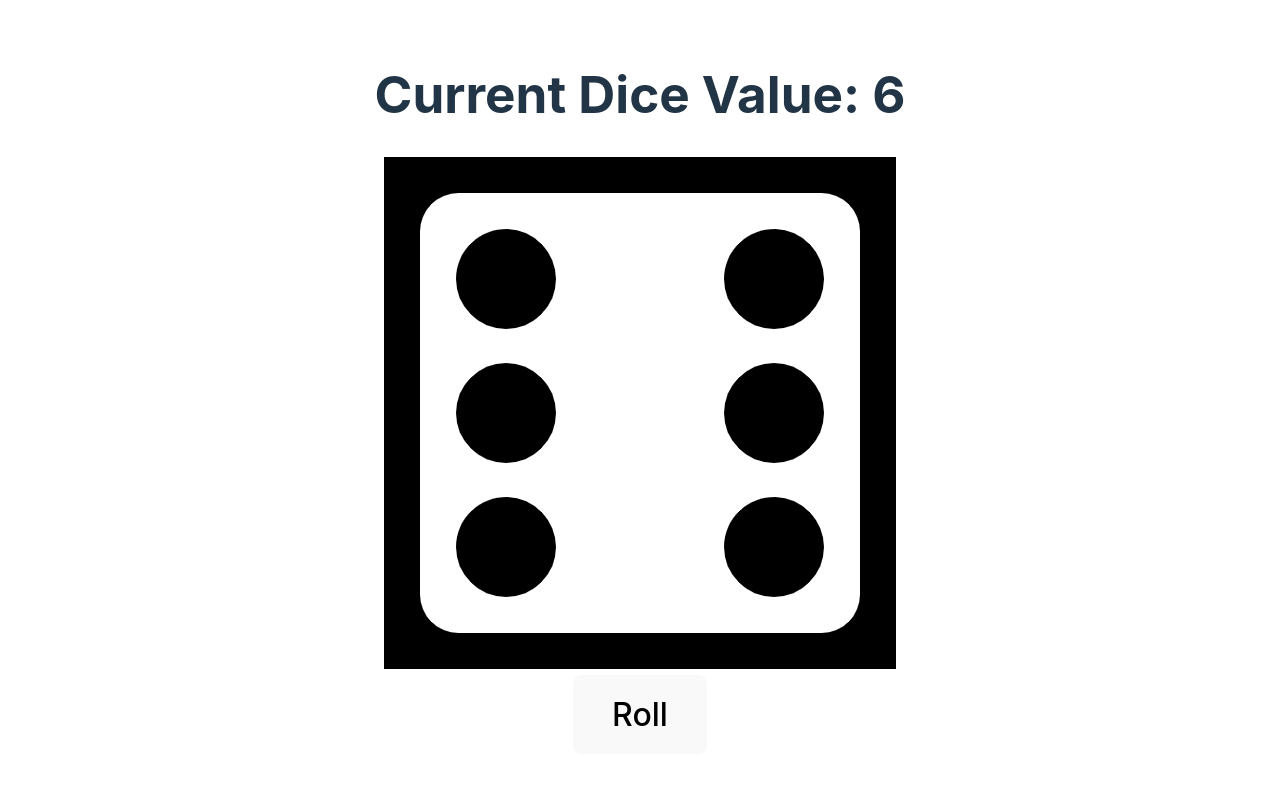
Repository: James-Z-Zhang00/dice-roller
Page: /
The author's editor kept a copy of each file at every save. The page is drawn from the files as they stood at one save, then again after the next save.
The browser window is 1280 px wide. The pictures show the whole page.
The project was rebuilt for these pictures with package versions that can differ from the ones it lists, and the page was loaded fresh each time. Also part of the build but not shown: vite.config.js.

Above is the page before, as saved 2024-05-13 22:23:36.

After the next save:
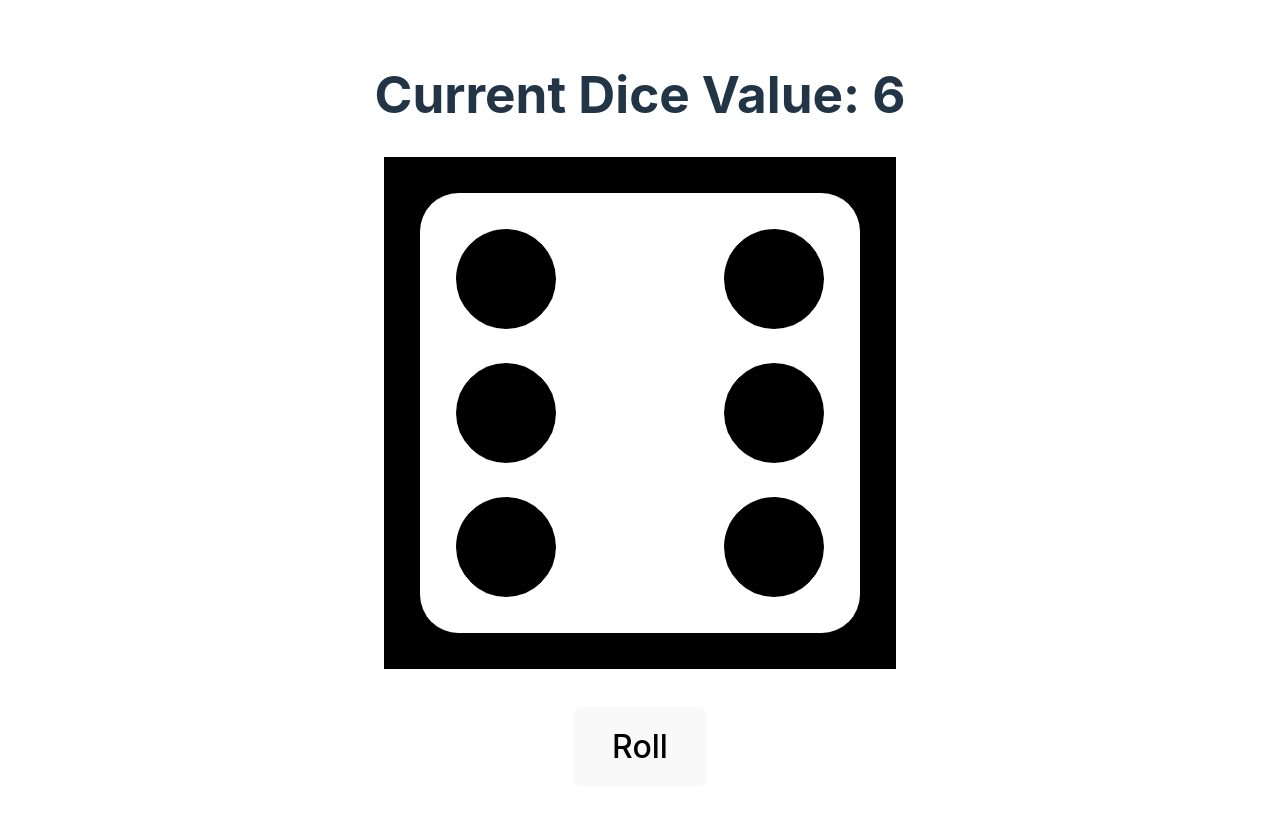
Saved 4 s later.
--- a/src/App.css
+++ b/src/App.css
@@ -9,7 +9,7 @@ button {
     font-family: 'Helvetica Neue', Arial, sans-serif;
     font-size: 2rem;
     font-weight: 500; /* A weight less bold than 'bold' */
-    margin-top: ;
+    margin-top: 2rem;
 }
 
 button:hover {
